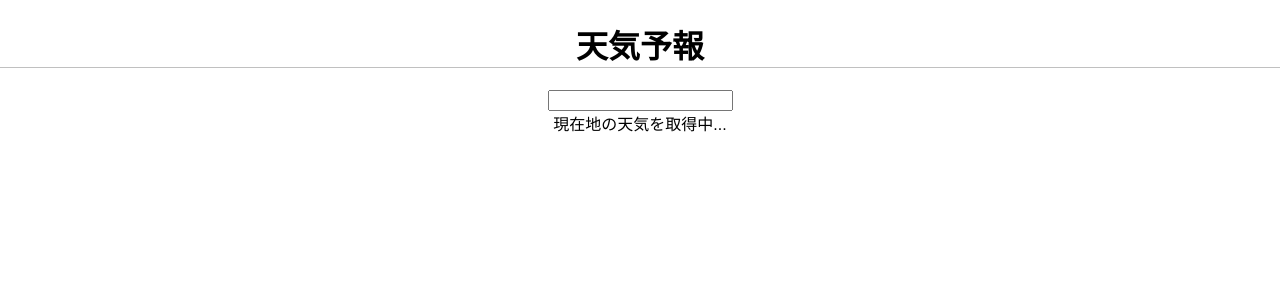
Repository: IshigureTomoki/weather-app
Page: /
The author's editor kept a copy of each file at every save. The page is drawn from the files as they stood at one save, then again after a run of saves.
The browser window is 1280 px wide. The pictures show the whole page.
The page's requests for data from a server got no answer. The project was rebuilt for these pictures with package versions that can differ from the ones it lists, and the page was loaded fresh each time. No one was signed in, and anything a server would have sent is missing. Also part of the build but not shown: src/components/LinePlot.tsx, src/components/Map.tsx.

Above is the page before, as saved 2022-03-04 15:02:26.

### src/index.tsx
import React from "react";
import ReactDOM from "react-dom";
import "./index.css";
import App from "./App";
import reportWebVitals from "./reportWebVitals";
import { Provider } from "react-redux";
import store from "./location/store";

ReactDOM.render(
  <React.StrictMode>
    <Provider store={store}>
      <App />
    </Provider>
  </React.StrictMode>,
  document.getElementById("root")
);

// If you want to start measuring performance in your app, pass a function
// to log results (for example: reportWebVitals(console.log))
// or send to an analytics endpoint. Learn more: https://bit.ly/CRA-vitals
reportWebVitals();

### src/App.tsx
import axios from "axios";
import { report } from "process";
import React, { useEffect, useState } from "react";
import { MapContainer, TileLayer, Marker, Popup } from "react-leaflet";
import { useDispatch } from "react-redux";
import { convertTypeAcquisitionFromJson } from "typescript";
import "./App.css";
import { LinePlot } from "./components/LinePlot";
import { fetchLocation } from "./location/action";
import { Map } from "./components/Map";

function App() {
  const [loading, setLoading] = useState(true);
  const [currentPosition, setCurrentPosition] = useState({
    lat: 35.69,
    lon: 139.692,
  });
  const [reversePosition, setReversePosition] = useState("");
  // const dispatch = useDispatch();

  useEffect(() => {
    // geolocation();
    updatePosition();
    console.log(currentPosition);
    // dispatch(fetchLocation())
  }, []);

  useEffect(() => {
    if (!loading) {
      console.log(currentPosition);
      openStreetMap(currentPosition);
      wetherOneCall(currentPosition);
    }
    // dispatch(fetchLocation())
  }, [loading]);

  type weatherReportType = {
    time: string;
    timezone: string;
    temp: number;
    feels_like: string;
    wind_deg: string;
    wind_speed: string;
    pressure: string;
    humidity: string;
    weatherDescription: string;
    weatherIcon: string;
  };

  type weatherDailyReportsType = {
    dt: number;
    temp: {
      max: number;
      min: number;
    };
    weather: [
      {
        description: string;
        icon: string;
        id: string;
        main: string;
      }
    ];
  };

  type weatherHourlyReportsType = {
    time: string;
    temp: number;
    pop: string;
  };

  // const geolocation = () => {
  //   // Geolocation APIに対応している
  //   if (navigator.geolocation) {
  //     navigator.geolocation.getCurrentPosition(
  //       (position) => {
  //         const latitude = position.coords.latitude;
  //         const longitude = position.coords.longitude;
  //         // const location = { lat: latitude, lon: longitude };
  //         console.log(position);
  //         // return location;
  //         // alert(`Latitude: ${latitude} °, Longitude: ${longitude} °`);
  //         setCurrentPosition({ lat: latitude, lon: longitude });
  //       },
  //       (error) => {
  //         console.log(error);
  //       }
  //     );
  //   }
  //   // Geolocation APIに対応していない
  //   else {
  //     // 現在位置を取得できない場合の処理
  //     alert("あなたの端末では、現在位置を取得できません。");
  //   }
  // };

  const getCurrentPosition = (): any => {
    return new Promise((resolve, reject) => {
      navigator.geolocation.getCurrentPosition(
        (position) => {
          resolve(position);
        },
        (error) => {
          reject(error);
        }
      );
    });
  };

  const updatePosition = async () => {
    setLoading(true);
    try {
      const currentPosition = await getCurrentPosition();
      const new_currentPosition = {
        lat: currentPosition.coords.latitude,
        lon: currentPosition.coords.longitude,
      };
      console.log(new_currentPosition);
      setCurrentPosition(new_currentPosition);
    } catch (error) {
      console.log(error);
    } finally {
      setLoading(false);
    }
  };

  const [weatherReport, setWeatherReport] = useState<weatherReportType>();
  const [weatherDailyReports, setWeatherDailyReports] = useState<
    weatherDailyReportsType[]
  >([]);

  const [weatherHourlyReports, setWeatherHourlyReports] = useState<
    weatherHourlyReportsType[]
  >([]);

  const time = (dt: number) => {
    const srTime = new Date(dt * 1000);
    const time = srTime.toLocaleTimeString();
    return `${time}`;
  };

  const hour = (dt: number) => {
    const srTime = new Date(dt * 1000);
    const hour = srTime.getHours();
    return `${hour}`;
  };

  const mday = (dt: number) => {
    const srTime = new Date(dt * 1000);
    const day = srTime.toLocaleDateString();
    return `${day}`;
  };

  const date = (dt: number) => {
    const srTime = new Date(dt * 1000);
    const date = srTime.getDate();
    return `${date}`;
  };

  const dayOfWeekStr = (dt: number) => {
    const srTime = new Date(dt * 1000);
    const day = srTime.getDay();
    const dayOfWeekStrJP = ["日", "月", "火", "水", "木", "金", "土"];
    return `(${dayOfWeekStrJP[day]})`;
  };

  const openStreetMap = async (position: { lat: number; lon: number }) => {
    await axios
      .get(
        `https://nominatim.openstreetmap.org/reverse?format=json&lat=${position.lat}&lon=${position.lon}&zoom=18&addressdetails=1`
      )
      .then((res) => {
        console.log("aiueo");
        console.log(res);
        console.log(res.data.address);
        console.log(res.data.display_name);
        setReversePosition(res.data.display_name);
      })
      .catch((err) => {
        alert(err.message);
        console.log(err);
      });
  };

  const wetherOneCall = async (position: { lat: number; lon: number }) => {
    await axios
      .get(
        `https://api.openweathermap.org/data/2.5/onecall?lat=${position.lat}&lon=${position.lon}&lang=ja&units=metric&appid=ff86fbdda3c22e95ce0071f6a7826f6c`
      )
      .then((res) => {
        console.log(res);

        const get_wind_deg = (wind_deg: number) => {
          let r = "北↓";
          if (wind_deg >= 11.25) r = "北北東";
          if (wind_deg >= 33.75) r = "北東↙︎";
          if (wind_deg >= 56.25) r = "東北東";
          if (wind_deg >= 78.75) r = "東←";
          if (wind_deg >= 101.25) r = "東南東";
          if (wind_deg >= 123.75) r = "南東↖︎";
          if (wind_deg >= 146.25) r = "南南東";
          if (wind_deg >= 168.75) r = "南↑";
          if (wind_deg >= 191.25) r = "南南西";
          if (wind_deg >= 213.75) r = "南西↗︎";
          if (wind_deg >= 236.25) r = "西南西";
          if (wind_deg >= 258.75) r = "西→";
          if (wind_deg >= 281.25) r = "西北西";
          if (wind_deg >= 303.75) r = "北西↘︎";
          if (wind_deg >= 326.25) r = "北北西";
          return r;
        };

        const report = {
          time: `${mday(res.data.current.dt)} ${time(res.data.current.dt)}`,
          timezone: res.data.timezone,
          temp: res.data.current.temp,
          feels_like: res.data.current.feels_like,
          wind_deg: get_wind_deg(res.data.current.wind_deg),
          wind_speed: res.data.current.wind_speed,
          pressure: res.data.current.pressure,
          humidity: res.data.current.humidity,
          weatherDescription: res.data.current.weather[0].description,
          weatherIcon: `http://openweathermap.org/img/wn/${res.data.current.weather[0].icon}@2x.png`,
        };

        const hourlyreports = res.data.hourly.map(
          (hourly: any, index: number) => {
            return {
              時間: `${hour(hourly.dt)}時`,
              気温: Math.round(hourly.temp * Math.pow(10, 1)) / Math.pow(10, 1),
              降水確率: hourly.pop * 100,
            };
          }
        );

        hourlyreports.length = 24;

        console.log(report);
        setWeatherReport(report);
        setWeatherDailyReports(res.data.daily);
        console.log(hourlyreports);
        setWeatherHourlyReports(hourlyreports);
      })
      .catch((err) => {
        alert(err.message);
        console.log(err);
      });
  };
  return (
    <>
      <div className="App">
        <h1>天気予報</h1>
        <div><input></input>

        </div>
        {loading ? (
          "現在地の天気を取得中..."
        ) : (
          <div>
            <div className="upper">
              <div className="now-area">
                <div className="title">現在の天気</div>
                <div className="nowtime">{weatherReport?.time}</div>
                <div className="nowplace">{`${reversePosition}`}</div>
                <div className="nowtemps">
                  <div>
                    <img
                      src={weatherReport?.weatherIcon}
                      alt="icon"
                      width={120}
                    />
                  </div>
                  <div className="nowtemps2">
                    <div className="nowtemp">{weatherReport?.temp}℃</div>
                    <div className="nowdes">
                      {weatherReport?.weatherDescription}
                    </div>
                  </div>
                </div>
                <dl>
                  <dt>体感温度</dt>
                  <dd>{weatherReport?.feels_like}℃</dd>
                  <dt>風向</dt>
                  <dd>{weatherReport?.wind_deg}</dd>
                  <dt>風速</dt>
                  <dd>{weatherReport?.wind_speed}m/s</dd>
                  <dt>気圧</dt>
                  <dd>{weatherReport?.pressure}hPa</dd>
                  <dt>湿度</dt>
                  <dd>{weatherReport?.humidity}%</dd>
                </dl>
              </div>

              <div className="dayly-area">
                <div className="title">8日間天気予報</div>

                {weatherDailyReports.map((report) => (
                  <>
                    <div className="dayly">
                      <div className="daylyd">
                        {date(report.dt)}
                        {dayOfWeekStr(report.dt)}
                      </div>
                      <div className="daylyi">
                        <img
                          src={`http://openweathermap.org/img/wn/${report.weather[0].icon}@2x.png`}
                          alt="icon"
                          width={40}
                        />
                      </div>
                      <div className="daylyde">
                        {report.weather[0].description}
                      </div>
                      <div className="daylym">
                        {report.temp.max}/{report.temp.min}℃
                      </div>
                    </div>
                  </>
                ))}
              </div>
              <div className="map-area">
                <Map currentPosition={currentPosition} />
              </div>
            </div>

            <div className="hourly-area">
              <div className="title">1時間毎の天気予報</div>
              <LinePlot data={weatherHourlyReports} />
            </div>
          </div>
        )}
      </div>
    </>
  );
}

export default App;

### src/location/store.ts
import { createStore, applyMiddleware } from 'redux';
import createSagaMiddleware from 'redux-saga';
import locationState from './reducer';
import rootSaga from '../saga';

const sagaMiddleware = createSagaMiddleware();

const configureStore = () => {
  const store = createStore(locationState, applyMiddleware(sagaMiddleware));
  sagaMiddleware.run(rootSaga);

  return store;
};

const store = configureStore();

export default store;

### src/App.css
body {
  font-family: sans-serif;
}

h1 {
  border-bottom: 1px solid #c0c0c0;
}

.App {
  text-align: center;
}

.upper {
  display: flex;
  justify-content: center;
}
.now-area {
  text-align: center;
  background-color: #fffafa;
  box-shadow: 5px 5px #f5f5f5;
  padding: 20px;
  margin: 8px;
  border-radius: 8px;
  width: 400px;
}
.nowtime {
  font-size: 25px;
  width: 400px;
}

.nowplace {
  font-size: 25px;
}
.nowtemps {
  padding-top: 30px;
  display: flex;
  justify-content: space-around;
}
.nowtemps2 {
  padding: 20px 0;
}

.nowtemp {
  font-size: 30px;
  font-weight: bold;
}

dt {
  float: left;
  padding-left: 30px;
}

dt::after {
  content: "：";
}

.dayly-area {
  text-align: center;
  background-color: #fffafa;
  box-shadow: 5px 5px #f5f5f5;
  width: 400px;
  padding: 20px;
  margin: 8px;
  border-radius: 8px;
}

.dayly {
  display: flex;
}

.daylyd {
  width: 60px;
}

.daylyi {
  width: 90px;
}

.daylym {
  width: 150px;
}

.daylyde {
  width: 100px;
}

.hourly-area {
  background-color: #fffafa;
  box-shadow: 5px 5px #f5f5f5;
  width: 1300px;
  padding: 25px;
  margin: 0 auto;
  border-radius: 8px;
}
.title {
  text-align: left;
  margin: 0px 0px 20px 0px;
  font-weight: bold;
  font-size: 20px;
}

.map-area{
  padding: 20px;
  margin: 8px;
  /* display: flex;
  justify-content: center; */
  background-color: #fffafa;
  box-shadow: 5px 5px #f5f5f5;
  width: 400px;
 border-radius: 8px;
}

### src/location/reducer.ts
import { FETCH_LOCATION, SUCCESS_LOCATION_API, FAIL_LOCATION_API } from './action';

const initialState = {
  type: '',
  items: []
};

const locationState = (state = initialState, action: any) => {
  switch (action.type) {
    case FETCH_LOCATION:
      state.type = action.type;
      state.items = action.items;
      return Object.assign({}, state);
    case SUCCESS_LOCATION_API:
      state.type = action.type;
      state.items = action.items;
      return Object.assign({}, state);
    case FAIL_LOCATION_API:
      state.type = action.type;
      state.items = action.items;
      return Object.assign({}, state);
    default:
      return state;
  }
};

export default locationState;

### src/saga.ts
import { all } from "redux-saga/effects";
import { locationSaga } from "./location/saga";

export default function* rootSaga() {
  yield all([...locationSaga]);
}

### src/location/action.ts
export const FETCH_LOCATION = 'FETCH_LOCATION';
export const SUCCESS_LOCATION_API = 'SUCCESS_LOCATION_API';
export const FAIL_LOCATION_API = 'FAIL_LOCATION_API';

export const fetchLocation = () => {
  return {
    type: FETCH_LOCATION,
    items: []
  };
};

export const successLocationApi = (response: any) => {
  return {
    type: SUCCESS_LOCATION_API,
    items: response
  };
};

export const failLocationApi = (error: any) => {
  return {
    type: FAIL_LOCATION_API,
    items: error
  };
};

### src/location/saga.ts
import { put, call, takeLatest } from 'redux-saga/effects';
import { failLocationApi, FETCH_LOCATION, successLocationApi } from './action';

export const geolocation = () => {
  // Geolocation APIに対応している
  if (navigator.geolocation) {
    navigator.geolocation.getCurrentPosition((position) => {
      const latitude = position.coords.latitude;
      const longitude = position.coords.longitude;
      console.log(position);
      alert(`Latitude: ${latitude} °, Longitude: ${longitude} °`);
      const location = { lat: latitude, lon: longitude };
      return { location };
    }, (error) => { return { error }; });
  }
  // Geolocation APIに対応していない
  else {
    // 現在位置を取得できない場合の処理
    alert("あなたの端末では、現在位置を取得できません。");
  }
};


// const getPosition = () => {
//   return new Promise(function (resolve, reject) {
//     navigator.geolocation.getCurrentPosition(resolve, reject);
//   });
// };

// getPosition()
//   .then((position: any) => {
//     console.log(position);
//     const location = { lat: position.coords.latitude, lon: position.coords.longitude };
//     return { location };
//   })
//   .catch((err) => {
//     return { err };
//   });

function* fetchLocation() {
  const { location, error } = yield call(geolocation);

  if (location) {
    yield put(successLocationApi(location));
  } else {
    yield put(failLocationApi(error));
  }
}

export const locationSaga = [takeLatest(FETCH_LOCATION, fetchLocation)];

Loaded but not shown: public/index.html (common file); src/index.css (common file); src/reportWebVitals.ts (common file)

After the next 5 saves:
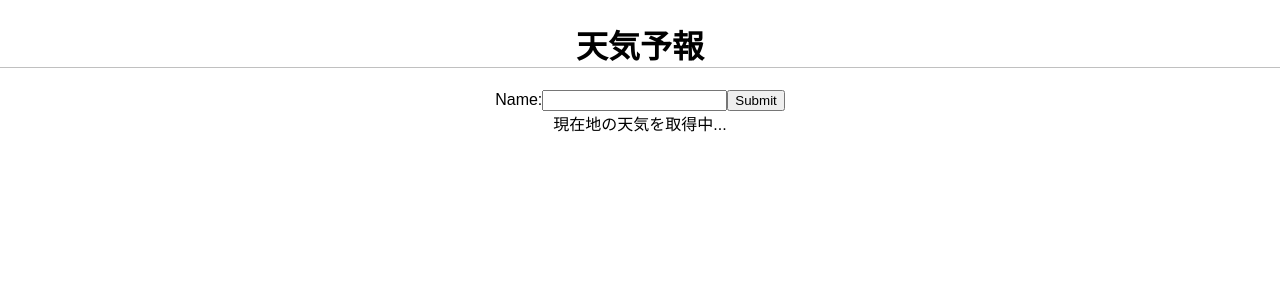
The 5 saves are shown as one change because 2 did not build or start and some came seconds apart.
The last was saved 2 min 42 s later.
--- a/src/App.tsx
+++ b/src/App.tsx
@@ -250,8 +250,13 @@ function App() {
     <>
       <div className="App">
         <h1>天気予報</h1>
-        <div><input></input>
-
+        <div><form>
+  <label>
+    Name:
+    <input type="text" name="name" />
+  </label>
+  <input type="submit" value="Submit" />
+</form>
         </div>
         {loading ? (
           "現在地の天気を取得中..."
